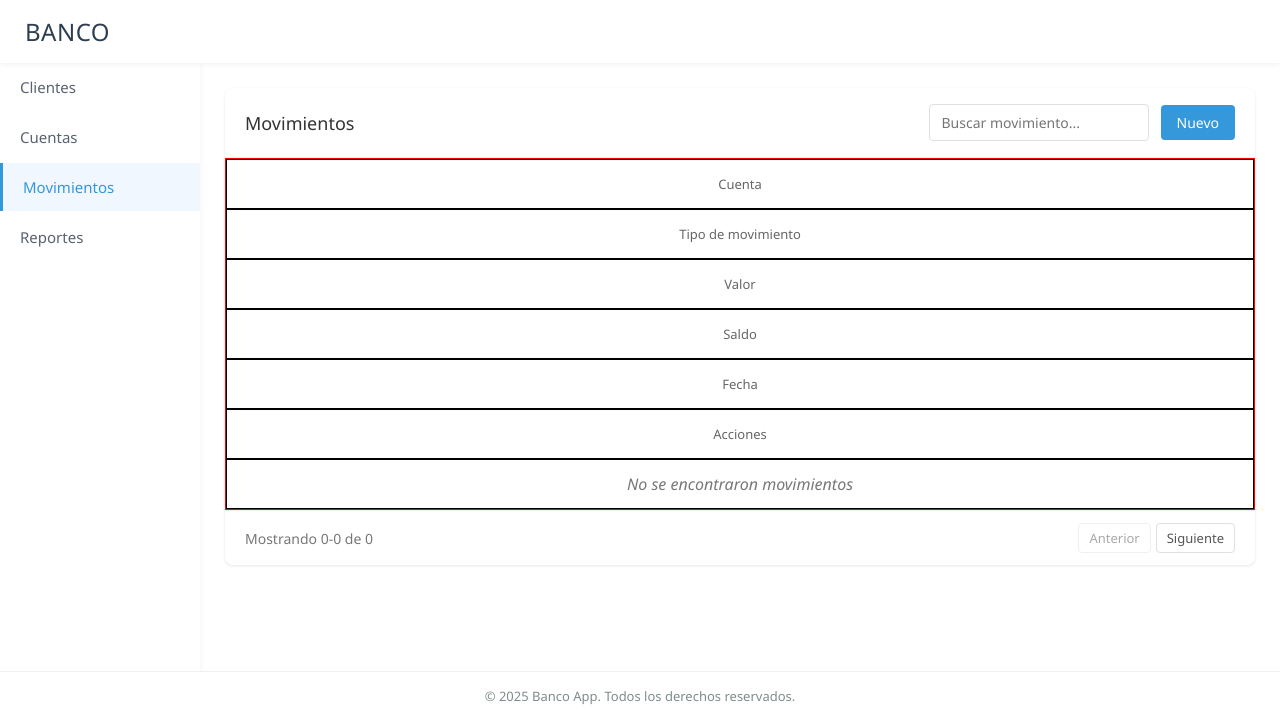
Repository: nder1996/Bank-Devsu
Page: /movimientos (app in Frontend/banco-devsu/)
An editor plug-in stored every save of this project. The page is shown before and after the next save, followed by the edit.
The browser window is 1280 px wide. The pictures show the whole page.
The page's requests for data from a server got no answer. The project was rebuilt for these pictures with package versions that can differ from the ones it lists, and the page was loaded fresh each time. No one was signed in, and anything a server would have sent is missing. Also part of the build but not shown: Frontend/banco-devsu/angular.json, Frontend/banco-devsu/src/app/presentation/pages/clientes/clientes.component.ts, Frontend/banco-devsu/src/app/core/services/cliente.service.ts, Frontend/banco-devsu/src/app/presentation/pages/cuentas/cuentas.component.ts, Frontend/banco-devsu/src/app/core/services/cuenta.service.ts, Frontend/banco-devsu/src/app/presentation/pages/reportes/reportes.component.ts.

Above is the page before, as saved 2025-08-22 14:02:09.

### Frontend/banco-devsu/src/index.html
<!doctype html>
<html lang="en">
<head>
  <meta charset="utf-8">
  <title>BancoDevsu</title>
  <base href="/">
  <meta name="viewport" content="width=device-width, initial-scale=1">
  <link rel="icon" type="image/x-icon" href="favicon.ico">
</head>
<body>
  <app-root></app-root>
</body>
</html>

### Frontend/banco-devsu/src/styles.css
/* You can add global styles to this file, and also import other style files */
* {
  box-sizing: border-box;
  font-family: 'Segoe UI', Roboto, 'Helvetica Neue', Arial, sans-serif;
  margin: 0;
  padding: 0;
}

html, body {
  height: 100%;
  overflow: hidden; /* Evita el scroll en el body */
}

.app-container {
  display: flex;
  flex-direction: column;
  height: 100vh;
  overflow: hidden;
}

.main-content {
  display: flex;
  flex: 1;
  height: calc(100vh - 115px); /* Altura total - (header + footer) */
  overflow: hidden;
}

.content {
  flex: 1;
  overflow-y: auto; /* Solo scroll en el área de contenido */
  padding: 25px;
}


.data-table{
  border:1px solid red !important
}

.data-table th, .data-table td {
  border: 1px solid black !important;
  display: flex;
  justify-content: center; /* Centra horizontalmente */
  align-items: center; /* Centra verticalmente */
  height: 50px; /* Asegura que las celdas tengan suficiente altura */
}

### Frontend/banco-devsu/src/app/app.module.ts
import { NgModule } from '@angular/core';
import { BrowserModule } from '@angular/platform-browser';

import { AppRoutingModule } from './app-routing.module';
import { AppComponent } from './app.component';
import { HeaderComponent } from './presentation/layout/header/header.component';
import { SidebarComponent } from './presentation/layout/sidebar/sidebar.component';
import { ClientesComponent } from './presentation/pages/clientes/clientes.component';
import { CuentasComponent } from './presentation/pages/cuentas/cuentas.component';
import { MovimientosComponent } from './presentation/pages/movimientos/movimientos.component';
import { ReportesComponent } from './presentation/pages/reportes/reportes.component';
import { FooterComponent } from './presentation/layout/footer/footer.component';
import { FormsModule } from '@angular/forms';
import { HttpClientModule } from '@angular/common/http';

@NgModule({
  declarations: [
    AppComponent,
    HeaderComponent,
    SidebarComponent,
    ClientesComponent,
    CuentasComponent,
    MovimientosComponent,
    ReportesComponent,
    FooterComponent
  ],
  imports: [
    BrowserModule,
    AppRoutingModule,
    FormsModule,
    HttpClientModule

  ],
  providers: [],
  bootstrap: [AppComponent]
})
export class AppModule { }

### Frontend/banco-devsu/src/app/app-routing.module.ts
import { NgModule } from '@angular/core';
import { RouterModule, Routes } from '@angular/router';
import { ClientesComponent } from './presentation/pages/clientes/clientes.component';
import { CuentasComponent } from './presentation/pages/cuentas/cuentas.component';
import { MovimientosComponent } from './presentation/pages/movimientos/movimientos.component';
import { ReportesComponent } from './presentation/pages/reportes/reportes.component';

const routes: Routes = [
  { path: '', redirectTo: '/clientes', pathMatch: 'full' },
  { path: 'clientes', component: ClientesComponent },
  //{ path: 'clientes/nuevo', component: ClienteFormComponent },
  //{ path: 'clientes/editar/:id', component: ClienteFormComponent },
  { path: 'cuentas', component: CuentasComponent },
  //{ path: 'cuentas/nuevo', component: CuentaFormComponent },
  //{ path: 'cuentas/editar/:id', component: CuentaFormComponent },
  { path: 'movimientos', component: MovimientosComponent },
  //{ path: 'movimientos/nuevo', component: MovimientoFormComponent },
  { path: 'reportes', component: ReportesComponent }
];

@NgModule({
  imports: [RouterModule.forRoot(routes)],
  exports: [RouterModule]
})
export class AppRoutingModule { }

### Frontend/banco-devsu/src/app/app.component.ts
import { Component } from '@angular/core';

@Component({
  selector: 'app-root',
  templateUrl: './app.component.html',
  styleUrls: ['./app.component.css']
})
export class AppComponent {
  title = 'banco-devsu';
}

### Frontend/banco-devsu/src/app/presentation/pages/movimientos/movimientos.component.ts
import { Component, OnInit } from '@angular/core';
import { MovimientoService } from 'src/app/core/services/movimiento.service';
import { Movimiento } from 'src/app/core/models/Movimiento';
import { TipoMovimiento } from '../../../core/enums/tipo-movimiento.enum';
import { MovimientoDTO } from 'src/app/core/dtos/movimiento.dto';

@Component({
  selector: 'app-movimientos',
  templateUrl: './movimientos.component.html',
  styleUrls: ['./movimientos.component.css']
})
export class MovimientosComponent implements OnInit {
  // Datos quemados
  items = [
    { fecha: '10/08/2025', cuenta: '478758', tipo: 'Crédito', valor: 2000, saldo: 4500 },
    { fecha: '08/08/2025', cuenta: '225487', tipo: 'Débito', valor: -575, saldo: 2500 },
    { fecha: '05/08/2025', cuenta: '495878', tipo: 'Crédito', valor: 600, saldo: 700 },
    { fecha: '01/08/2025', cuenta: '496825', tipo: 'Débito', valor: -150, saldo: 0 },
    { fecha: '30/07/2025', cuenta: '478758', tipo: 'Crédito', valor: 1500, saldo: 3000 },
    { fecha: '28/07/2025', cuenta: '225487', tipo: 'Débito', valor: -800, saldo: 3075 },
    { fecha: '26/07/2025', cuenta: '495878', tipo: 'Crédito', valor: 100, saldo: 100 },
    { fecha: '20/07/2025', cuenta: '496825', tipo: 'Débito', valor: -250, saldo: 150 },
    { fecha: '15/07/2025', cuenta: '478758', tipo: 'Crédito', valor: 1000, saldo: 1500 },
    { fecha: '10/07/2025', cuenta: '225487', tipo: 'Débito', valor: -125, saldo: 3875 },
    { fecha: '05/07/2025', cuenta: '495878', tipo: 'Crédito', valor: 900, saldo: 1000 },
    { fecha: '01/07/2025', cuenta: '496825', tipo: 'Débito', valor: -300, saldo: 400 }
  ];

  movimientos: MovimientoDTO[] = [];

  // Variables de búsqueda y filtrado
  searchTerm: string = '';
  filteredItems: any[] = [];

  // Variables de paginación
  paginatedItems: any[] = [];
  currentPage = 1;
  pageSize = 5;
  totalPages = 0;
  pages: number[] = [];
  startIndex = 0;
  endIndex = 0;

  constructor(private movimientoService: MovimientoService) { }

  ngOnInit() {
    this.cargarMovimientos();
  }

  cargarMovimientos(): void {
    this.movimientoService.getMovimientos().subscribe(
      (response: any) => {
        if (response.success) {
          this.movimientos = response.data; // Asigna directamente los datos sin mapear
          console.log("json movimientos :", JSON.stringify(this.movimientos));
          this.filteredItems = [...this.movimientos];
          this.updatePagination();
          this.updatePage();
        } else {
          console.error('Errores en la respuesta:', response.errors);
        }
      },
      (error) => {
        console.error('Error al cargar movimientos:', error);
      }
    );
  }

  // Filtrar elementos según término de búsqueda
  filterItems() {
    if (!this.searchTerm.trim()) {
      this.filteredItems = [...this.items];
    } else {
      const term = this.searchTerm.toLowerCase();
      this.filteredItems = this.items.filter(item =>
        item.cuenta.toLowerCase().includes(term) ||
        item.tipo.toLowerCase().includes(term) ||
        item.fecha.includes(term) ||
        item.valor.toString().includes(term) ||
        item.saldo.toString().includes(term)
      );
    }

    this.currentPage = 1; // Volver a primera página
    this.updatePagination();
    this.updatePage();
  }

  // Actualizar información de paginación
  updatePagination() {
    this.totalPages = Math.ceil(this.filteredItems.length / this.pageSize);
    this.generatePages();
  }

  // Generar array de números de página
  generatePages() {
    this.pages = [];
    for (let i = 1; i <= this.totalPages; i++) {
      this.pages.push(i);
    }
  }

  // Cambiar a la página seleccionada
  changePage(page: number) {
    if (page >= 1 && page <= this.totalPages) {
      this.currentPage = page;
      this.updatePage();
    }
  }

  // Actualizar elementos mostrados
  updatePage() {
    this.startIndex = (this.currentPage - 1) * this.pageSize;
    this.endIndex = Math.min(this.startIndex + this.pageSize, this.filteredItems.length);
    this.paginatedItems = this.filteredItems.slice(this.startIndex, this.endIndex);
  }
}

### Frontend/banco-devsu/src/app/app.component.html
<div class="app-container">
  <app-header></app-header>
  <div class="main-content">
    <app-sidebar></app-sidebar>
    <main class="content">
      <router-outlet></router-outlet>
    </main>
  </div>
  <app-footer></app-footer>
</div>

### Frontend/banco-devsu/src/app/presentation/layout/header/header.component.html
<header class="header">
  <h1 class="header-title">BANCO</h1>
</header>

### Frontend/banco-devsu/src/app/presentation/layout/header/header.component.css
.header {
  background-color: white;
  box-shadow: 0 2px 4px rgba(0, 0, 0, 0.05);
  padding: 15px 25px;
  position: sticky;
  top: 0;
  z-index: 100;
}

.header-title {
  color: #2c3e50;
  font-size: 24px;
  font-weight: 500;
  letter-spacing: 0.5px;
  margin: 0;
}

### Frontend/banco-devsu/src/app/presentation/layout/sidebar/sidebar.component.html
<nav class="sidebar">
  <ul class="sidebar-menu">
    <li class="sidebar-item" [routerLinkActive]="'active'">
      <a [routerLink]="['/clientes']">Clientes</a>
    </li>
    <li class="sidebar-item" [routerLinkActive]="'active'">
      <a [routerLink]="['/cuentas']">Cuentas</a>
    </li>
    <li class="sidebar-item" [routerLinkActive]="'active'">
      <a [routerLink]="['/movimientos']">Movimientos</a>
    </li>
    <li class="sidebar-item" [routerLinkActive]="'active'">
      <a [routerLink]="['/reportes']">Reportes</a>
    </li>
  </ul>
</nav>

### Frontend/banco-devsu/src/app/presentation/layout/sidebar/sidebar.component.css
.sidebar {
  background-color: white;
  box-shadow: 2px 0 5px rgba(0, 0, 0, 0.03);
  height: calc(100vh - 60px);
  width: 200px;
}

.sidebar-menu {
  list-style: none;
  margin: 0;
  padding: 0;
}

.sidebar-item {
  margin-bottom: 2px;
}

.sidebar-item a {
  color: #5a6270;
  display: block;
  font-size: 15px;
  padding: 14px 20px;
  text-decoration: none;
  transition: all 0.2s ease;
}

.sidebar-item a:hover {
  background-color: #f8f9fa;
  color: #3498db;
  padding-left: 24px;
}

.sidebar-item.active a {
  background-color: #f0f7ff;
  border-left: 3px solid #3498db;
  color: #3498db;
  font-weight: 500;
}

### Frontend/banco-devsu/src/app/presentation/pages/movimientos/movimientos.component.html
<div class="table-section">
  <!-- Cabecera con filtro -->
  <div class="table-header">
    <h2>Movimientos</h2>
    <div class="table-actions">
      <input
        type="text"
        class="search-input"
        placeholder="Buscar movimiento..."
        [(ngModel)]="searchTerm"
        (input)="filterItems()">
      <button class="btn-add">Nuevo</button>
    </div>
  </div>

  <!-- Tabla -->
  <table class="data-table">
    <thead>
      <tr>
        <th>Cuenta</th>
         <th>Tipo de movimiento</th>
        <th>Valor</th>
        <th>Saldo</th>
        <th>Fecha</th>
        <th>Acciones</th>
      </tr>
    </thead>
    <tbody>
      <tr *ngFor="let item of paginatedItems">
        <td>{{item.cuentaId}}</td>
        <td [ngClass]="item.tipoMovimiento == 1 ? 'tipo-credito' : 'tipo-debito'">
          {{item.tipoMovimiento == 1 ? 'Crédito' : 'Débito'}}
        </td>
        <td [ngClass]="item.valor > 0 ? 'valor-positivo' : 'valor-negativo'">
          {{item.valor | currency}}
        </td>
        <td>{{item.saldo | currency}}</td>
        <td>{{item.fecha}}</td>
        <td class="actions">
          <button class="btn-edit">Editar</button>
          <button class="btn-delete">Eliminar</button>
        </td>
      </tr>
      <tr *ngIf="paginatedItems.length === 0">
        <td colspan="6" class="no-data">No se encontraron movimientos</td>
      </tr>
    </tbody>
  </table>

  <!-- Paginación simple -->
  <div class="pagination">
    <span class="page-info">
      Mostrando {{filteredItems.length ? startIndex + 1 : 0}}-{{endIndex}} de {{filteredItems.length}}
    </span>
    <div class="page-controls">
      <button class="page-btn" [disabled]="currentPage === 1" (click)="changePage(currentPage - 1)">
        Anterior
      </button>

      <button
        *ngFor="let page of pages"
        class="page-btn"
        [class.active]="page === currentPage"
        (click)="changePage(page)">
        {{page}}
      </button>

      <button class="page-btn" [disabled]="currentPage === totalPages" (click)="changePage(currentPage + 1)">
        Siguiente
      </button>
    </div>
  </div>
</div>

### Frontend/banco-devsu/src/app/presentation/pages/movimientos/movimientos.component.css
/* Contenedor principal */
.table-section {
  background-color: white;
  border-radius: 8px;
  box-shadow: 0 1px 3px rgba(0, 0, 0, 0.1);
  font-family: -apple-system, BlinkMacSystemFont, 'Segoe UI', Roboto, sans-serif;
}

/* Cabecera */
.table-header {
  display: flex;
  justify-content: space-between;
  align-items: center;
  padding: 16px 20px;
  border-bottom: 1px solid #f0f0f0;
}

.table-header h2 {
  color: #333;
  font-size: 18px;
  font-weight: 500;
  margin: 0;
}

.table-actions {
  display: flex;
  gap: 12px;
  align-items: center;
}

.search-input {
  border: 1px solid #e0e0e0;
  border-radius: 4px;
  color: #333;
  font-size: 14px;
  padding: 8px 12px;
  width: 220px;
  transition: border-color 0.2s;
}

.search-input:focus {
  border-color: #3498db;
  outline: none;
}

.btn-add {
  background-color: #3498db;
  border: none;
  border-radius: 4px;
  color: white;
  cursor: pointer;
  font-size: 14px;
  padding: 8px 16px;
}

.btn-add:hover {
  background-color: #2980b9;
}

/* Tabla */
.data-table {
  width: 100%;
  border-collapse: collapse;
}

.data-table th,
.data-table td {
  border-bottom: 1px solid #f0f0f0;
  padding: 12px 16px;
  text-align: left;
}

.data-table th {
  color: #666;
  font-size: 13px;
  font-weight: 500;
}

.tipo-credito { color: #27ae60; }
.tipo-debito { color: #e74c3c; }
.valor-positivo { color: #27ae60; font-weight: 500; }
.valor-negativo { color: #e74c3c; font-weight: 500; }

.no-data {
  color: #777;
  font-style: italic;
  padding: 20px;
  text-align: center;
}

.actions {
  display: flex;
  gap: 8px;
}

.btn-edit, .btn-delete {
  background-color: transparent;
  border: 1px solid #e0e0e0;
  border-radius: 4px;
  color: #555;
  cursor: pointer;
  font-size: 13px;
  padding: 5px 10px;
}

.btn-edit:hover { background-color: #f0f7ff; color: #3498db; }
.btn-delete:hover { background-color: #fff5f5; color: #e74c3c; }

/* Paginación */
.pagination {
  display: flex;
  justify-content: space-between;
  align-items: center;
  padding: 12px 20px;
  border-top: 1px solid #f0f0f0;
}

.page-info {
  color: #777;
  font-size: 14px;
}

.page-controls {
  display: flex;
  gap: 5px;
}

.page-btn {
  background-color: transparent;
  border: 1px solid #e0e0e0;
  border-radius: 4px;
  color: #555;
  cursor: pointer;
  font-size: 13px;
  padding: 5px 10px;
}

.page-btn:hover:not(:disabled) {
  background-color: #f8f8f8;
}

.page-btn.active {
  background-color: #3498db;
  border-color: #3498db;
  color: white;
}

.page-btn:disabled {
  opacity: 0.5;
  cursor: not-allowed;
}

### Frontend/banco-devsu/src/app/core/services/movimiento.service.ts
import { Injectable } from '@angular/core';
import { HttpClient } from '@angular/common/http';
import { Observable } from 'rxjs';
import { environment } from 'src/environments/environment';
import { Movimiento } from '../models/Movimiento';
import { MovimientoDTO } from '../dtos/movimiento.dto';
import { IMovimientoService } from './interfaces/movimiento-service.interface';

@Injectable({
  providedIn: 'root',
})
export class MovimientoService implements IMovimientoService {
  private apiUrl = `${environment.apiUrl}/Movimientos`;

  constructor(private http: HttpClient) {}

  // Obtener todos los movimientos
  getMovimientos(): Observable<MovimientoDTO[]> {
    return this.http.get<MovimientoDTO[]>(this.apiUrl);
  }

  // Obtener un movimiento por ID
  getMovimientoById(id: number): Observable<Movimiento> {
    return this.http.get<Movimiento>(`${this.apiUrl}/${id}`);
  }

  // Crear un nuevo movimiento
  createMovimiento(movimientoDto: MovimientoDTO): Observable<Movimiento> {
    return this.http.post<Movimiento>(this.apiUrl, movimientoDto);
  }

  // Actualizar un movimiento existente
  updateMovimiento(id: number, movimientoDto: MovimientoDTO): Observable<Movimiento> {
    return this.http.put<Movimiento>(`${this.apiUrl}/${id}`, movimientoDto);
  }

  // Eliminar un movimiento
  deleteMovimiento(id: number): Observable<void> {
    return this.http.delete<void>(`${this.apiUrl}/${id}`);
  }
}

### Frontend/banco-devsu/src/app/presentation/layout/footer/footer.component.html
<footer class="footer">
  <div class="footer-content">
    <p>&copy; 2025 Banco App. Todos los derechos reservados.</p>
  </div>
</footer>

### Frontend/banco-devsu/src/app/presentation/layout/footer/footer.component.css
.footer {
  background-color: white;
  border-top: 1px solid #f0f0f0;
  color: #7f8c8d;
  font-size: 13px;
  padding: 15px 25px;
  text-align: center;
}

.footer-content p {
  margin: 0;
}

### Frontend/banco-devsu/src/environments/environment.ts
export const environment = {
  production: false,
  apiUrl: 'https://localhost:7221/api',
};

Loaded but not shown: Frontend/banco-devsu/src/main.ts (common file); Frontend/banco-devsu/src/app/presentation/layout/header/header.component.ts (common file); Frontend/banco-devsu/src/app/presentation/layout/sidebar/sidebar.component.ts (common file); Frontend/banco-devsu/src/app/presentation/layout/footer/footer.component.ts (common file); Frontend/banco-devsu/src/app/app.component.css (no stored copy; drawn as an empty file)

After the next save:
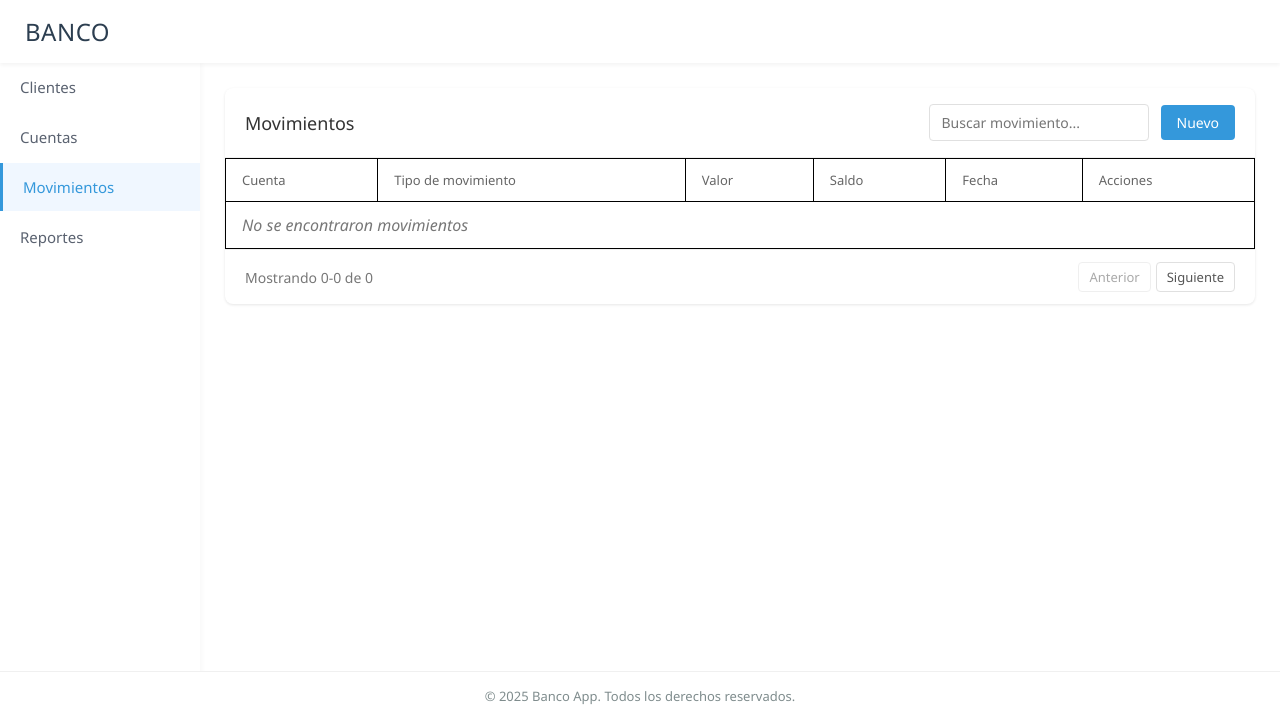
Saved 48 s later.
--- a/Frontend/banco-devsu/src/styles.css
+++ b/Frontend/banco-devsu/src/styles.css
@@ -38,8 +38,7 @@ html, body {
 
 .data-table th, .data-table td {
   border: 1px solid black !important;
-  display: flex;
-  justify-content: center; /* Centra horizontalmente */
-  align-items: center; /* Centra verticalmente */
-  height: 50px; /* Asegura que las celdas tengan suficiente altura */
+  text-align: center; /* Centra el texto horizontalmente */
+  vertical-align: middle; /* Centra el texto verticalmente */
+  padding: 10px; /* Espaciado interno para mejor apariencia */
 }
